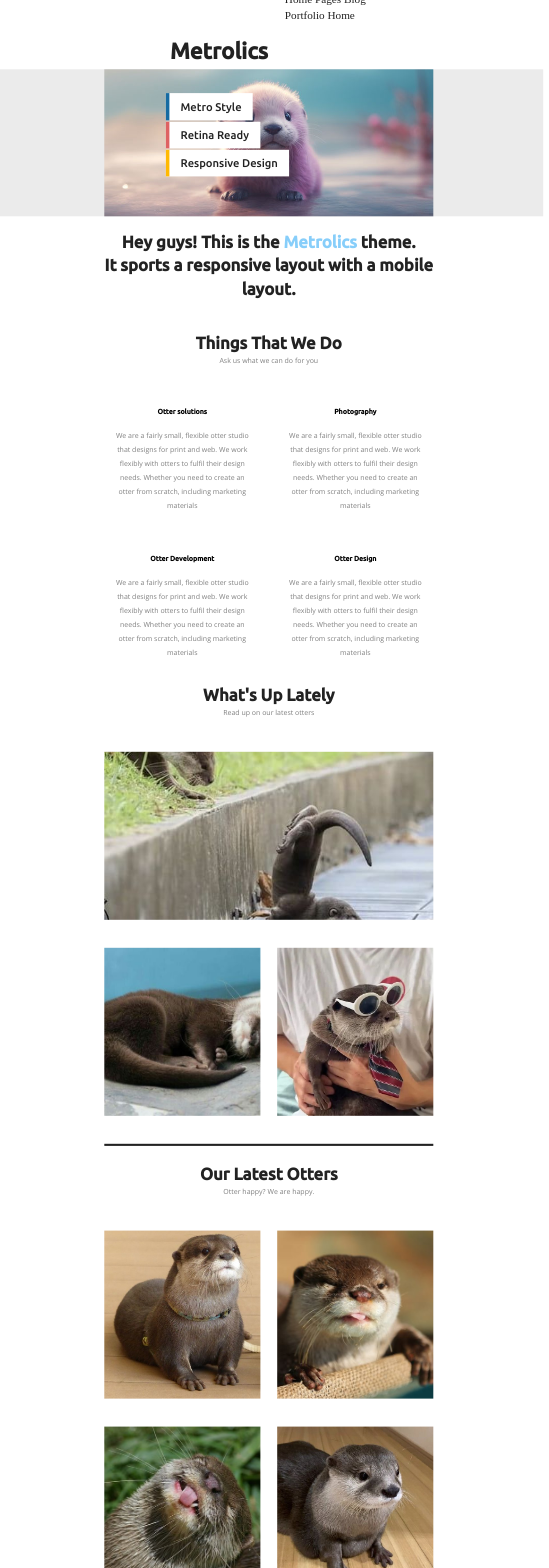
Repository: kennyharman/Marlowe_Kenny_Lab_02B
Page: index.html
The author's editor kept a copy of each file at every save. The page is drawn from the files as they stood at one save, then again after the next save.
The browser window is 768 px wide. The page is 784 px wide, so the pictures cover 784 px, including what lies to the right of the window. The pictures show the part of the page from y = 0 to 2240 px (the page is 4046 px tall), at 70% of full size.

Above is the page before, as saved 2024-02-09 18:31:17.

After the next save:
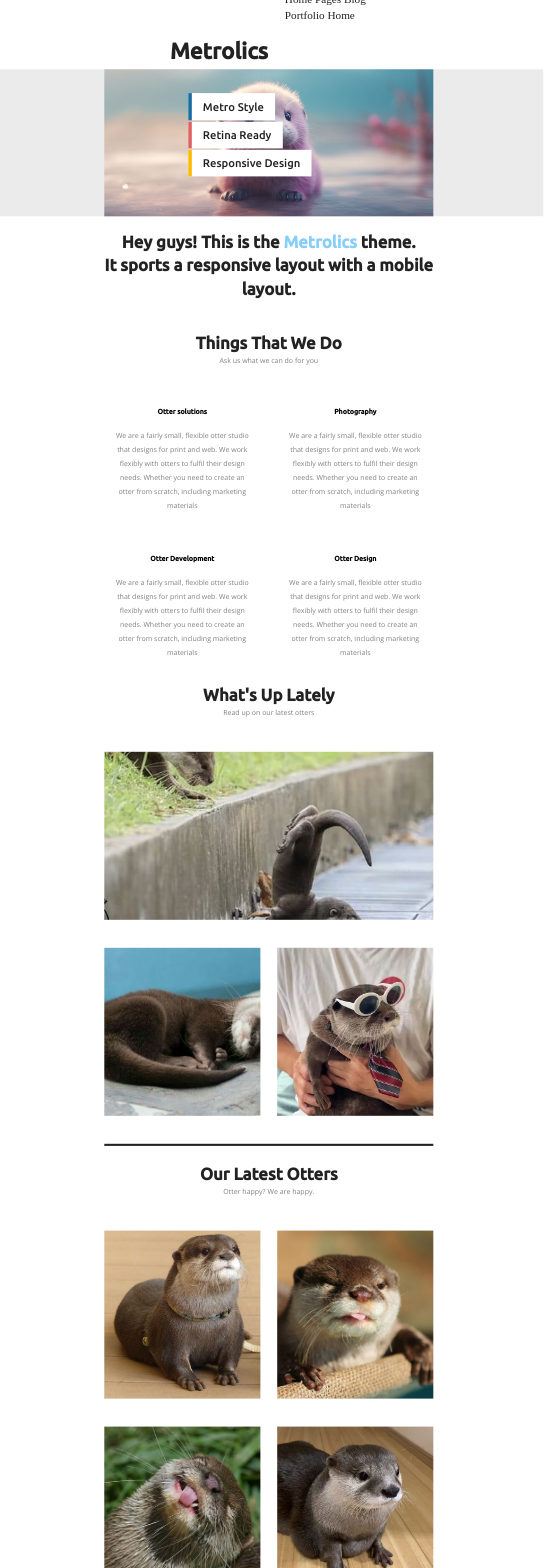
Saved 4 s later.
--- a/css/style.css
+++ b/css/style.css
@@ -674,7 +674,7 @@ p {
   }
   .listed-items {
     top: 1rem;
-    left: 3rem;
+    left: 5rem;
   }
 }
 
